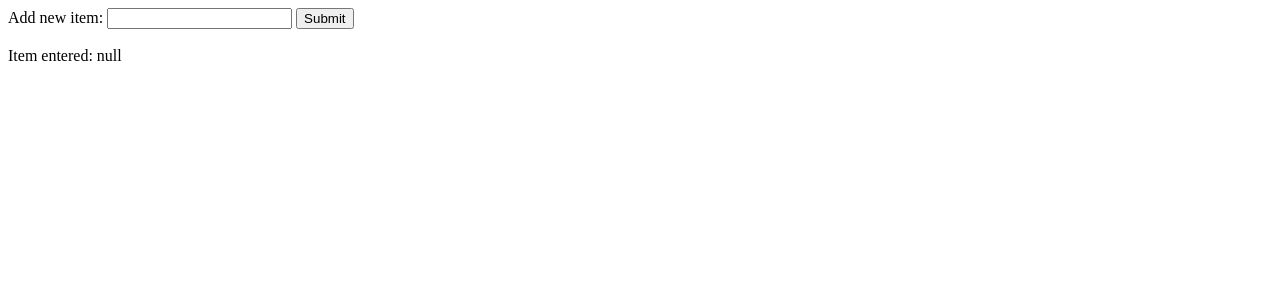
Repository: mohdsalman1994/JspServletProjects
Page: http://localhost/jspdemo/todo-demo.jsp
An editor plug-in stored every save of this project. The page is shown before and after the next save, followed by the edit.
The browser window is 1280 px wide. The pictures show the whole page.
The page is served by Tomcat 9.

Above is the page before, as saved 2017-08-03 11:43:08.

After the next save:
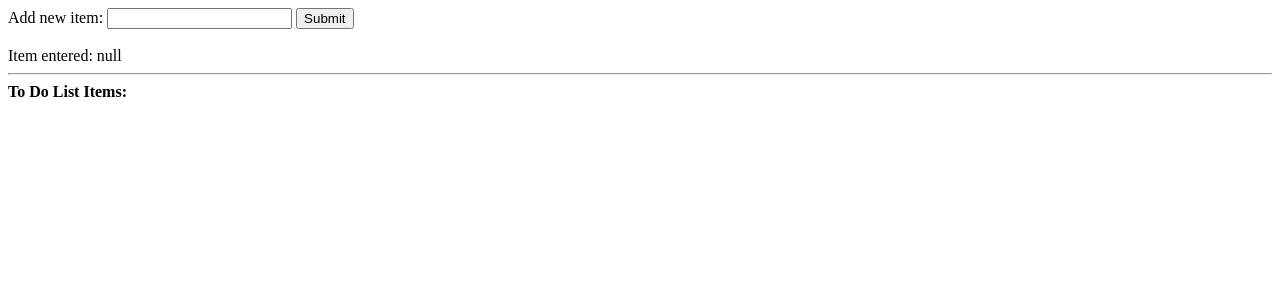
Saved 6 min 41 s later.
--- a/jspdemo/WebContent/todo-demo.jsp
+++ b/jspdemo/WebContent/todo-demo.jsp
@@ -1,4 +1,4 @@
-<%@page import="java.util.List"%>
+<%@page import="java.util.*"%>
 <%@ page language="java" contentType="text/html; charset=UTF-8"
     pageEncoding="UTF-8"%>
 <!DOCTYPE html PUBLIC "-//W3C//DTD HTML 4.01 Transitional//EN" "http://www.w3.org/TR/html4/loose.dtd">
@@ -27,15 +27,30 @@
 <%
 
 // get the todo items from the session
-List<String> items = (List<String>)session.getAttribute("myTodoList");
+List<String> itemList = (List<String>)session.getAttribute("myTodoList");
 
 // if todo list doesn't exist then create one
+if(itemList == null) {
+	itemList = new ArrayList<String>();
+	session.setAttribute("myTodoList", itemList);
+}
 
 // add new data to list if entered
+String theItem = request.getParameter("theItem");
+if(theItem!= null) {
+	itemList.add(theItem);
+}
 
 %>
 
 <!-- Display all items from TODO List -->
+<hr />
+<strong>To Do List Items:</strong> <br />
+<%
+for(String item:itemList) {
+	out.print("<li>"+item+"</li> <br/>");
+}
+%>
 
 
 </body>
